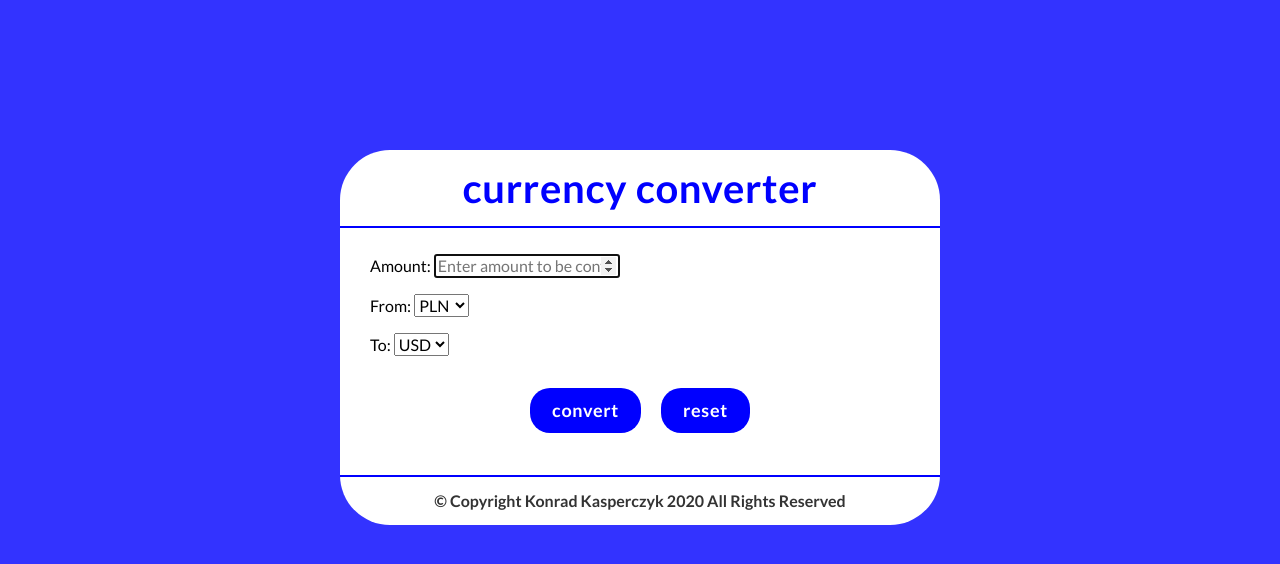
Repository: kkasperczyk/currency-converter
Page: index.html
These files come from the project's save history. The page is drawn as it stood at one moment and after a run of saves; the edit follows.
The browser window is 1280 px wide. The pictures show the whole page.

Above is the page before, as saved 2020-06-16 10:02:05.

After the next 2 saves:
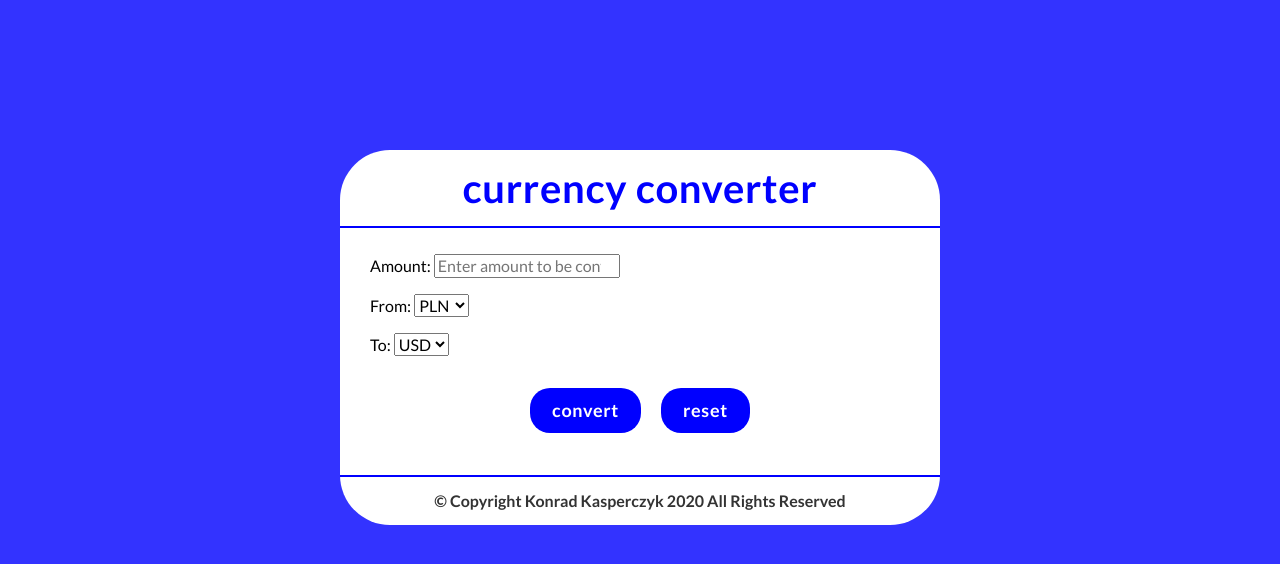
Console error: SyntaxError: Unexpected token '}'
The 2 saves are shown as one change because they came seconds apart.
The last was saved 12 s later.
--- a/js/script.js
+++ b/js/script.js
@@ -8,5 +8,5 @@
 amount.focus();
 
 if ((convertFrom.value === "PLN") & (convertTo.value === "USD")) {
-    convertedValue = amount.value
+    convertedValue = amount *
 }

After the 6 saves that followed:
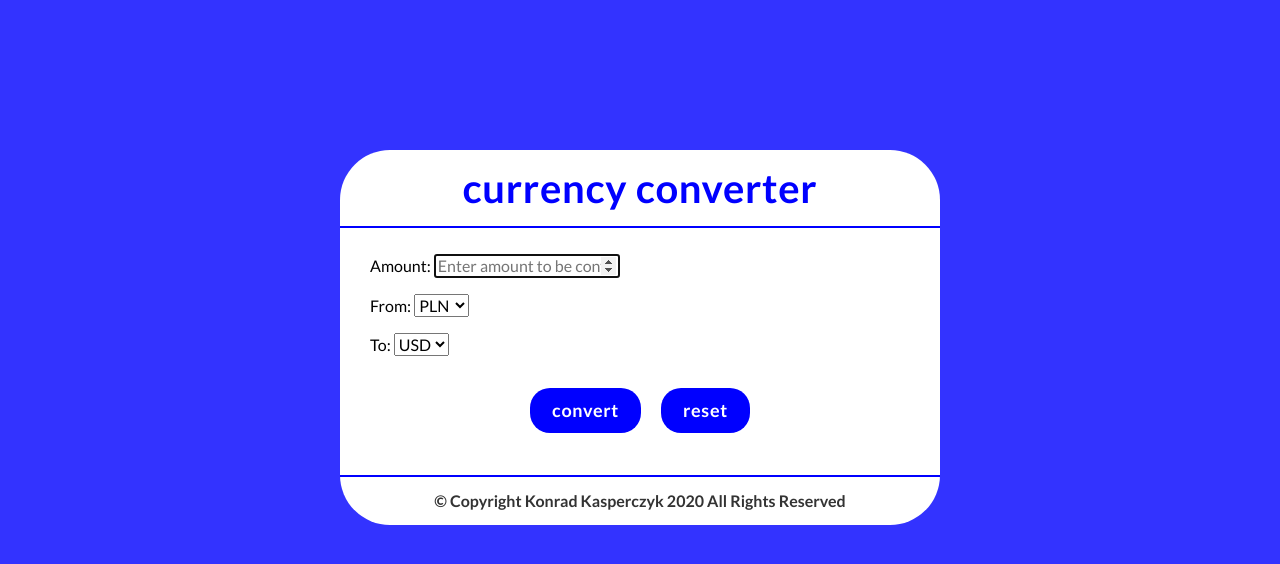
The error is gone.
The 6 saves are shown as one change because 5 left the picture as it was.
The last was saved 7 min 6 s later.
--- a/index.html
+++ b/index.html
@@ -39,6 +39,7 @@
                             <option class="js-convertFrom">PLN</option>
                             <option class="js-convertFrom">USD</option>
                             <option class="js-convertFrom">GBP</option>
+                            <option class="js-convertFrom">CHF</option>
                         </select>
                     </label>
                 </p>
@@ -48,6 +49,7 @@
                         <select required>
                             <option class="js-convertTo">USD</option>
                             <option class="js-convertTo">GBP</option>
+                            <option class="js-convertTo">CHF</option>
                             <option class="js-convertTo">PLN</option>
                         </select>
                     </label>
--- a/js/script.js
+++ b/js/script.js
@@ -8,5 +8,5 @@
 amount.focus();
 
 if ((convertFrom.value === "PLN") & (convertTo.value === "USD")) {
-    convertedValue = amount *
+    convertedValue = amount * 4.
 }
